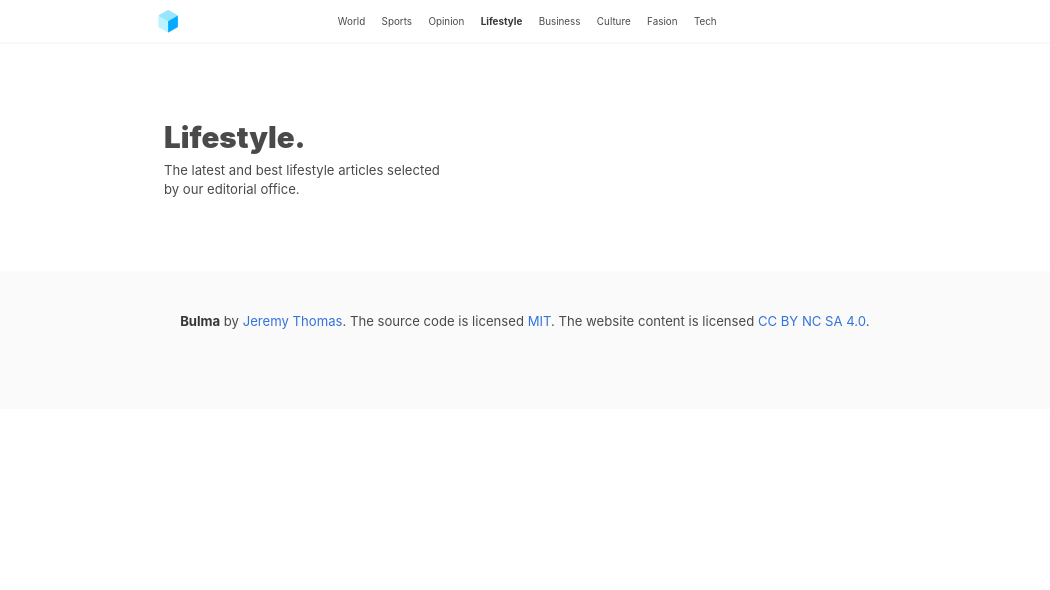
Repository: DOODpls/js_ass1
Page: index.html
These files come from the project's save history. The page is drawn as it stood at one moment and after the next save; the edit follows.
The browser window is 1280 px wide. The pictures show the whole page, at 82% of full size.

Above is the page before, as saved 2019-11-22 19:00:40.

### index.html
<!DOCTYPE html>
<html>
<head>
    <title></title>
    <link rel="stylesheet" href="https://cdnjs.cloudflare.com/ajax/libs/bulma/0.7.5/css/bulma.min.css" integrity="sha256-vK3UTo/8wHbaUn+dTQD0X6dzidqc5l7gczvH+Bnowwk=" crossorigin="anonymous" />
    <link rel="stylesheet" type="text/css" href="./styles.css">
</head>
<body>

    <nav class="navbar">
        <div class="container">
            <div class="logo"></div>
            <ul>
                <li>World</li>
                <li>Sports</li>
                <li>Opinion</li>
                <li><strong>Lifestyle</strong></li>
                <li>Business</li>
                <li>Culture</li>
                <li>Fasion</li>
                <li>Tech</li>
            </ul>
            <span class="icon">
              <i class="ion-ionic" style='color: black; background: black;'></i>
            </span>
        </div>
    </nav>

    <section class="section">
        <div class="container">
            <div style='margin: 40px 10px 40px'>
                <h1>Lifestyle.</h1>
                <p>The latest and best lifestyle articles selected<br/>
                    by our editorial office.
                </p>
            </div>
        </div>
        <div class="container">
            <div class='card-row' id='content'></div>
        </div>
    </section>

    <footer class="footer">
        <div class="content has-text-centered">
            <p>
                <strong>Bulma</strong> by <a href="https://jgthms.com">Jeremy Thomas</a>. The source code is licensed
                <a href="http://opensource.org/licenses/mit-license.php">MIT</a>. The website content
                is licensed <a href="http://creativecommons.org/licenses/by-nc-sa/4.0/">CC BY NC SA 4.0</a>.
            </p>
        </div>
    </footer>

    <script type="text/javascript" src='./app.js'></script>
</body>
</html>

### styles.css
/* - - - - - - - - - - - - - - - - - - - - - - - - - - - - - -
GENERAL
- - - - - - - - - - - - - - - - - - - - - - - - - - - - - - */
h1 {
    font-size: 36px;
    font-weight: 900;
}

.container {
    max-width: 900px;
}

/* - - - - - - - - - - - - - - - - - - - - - - - - - - - - - -
NAV
- - - - - - - - - - - - - - - - - - - - - - - - - - - - - - */
nav {
    border-bottom: 1px solid #ededed;
}

.navbar > .container {
    display: flex;
    align-items: center;
    justify-content: space-between;
}

nav .container ul {
    display: flex;
}

nav .container ul li {
    margin: 0 10px;
    font-size: 12px;
}

.logo {
    background: url('./img/logo.svg');
    background-size: 24px;
    background-position: center;
    background-repeat: no-repeat;

    height: 30px;
    width: 30px;
}

@media (max-width: 600px) {
    nav .container {
        padding: 0 30px;
    }

    nav .container ul {
        display: none;
    }
}

/* TILES */
.card-row {
    display: flex;
    flex-wrap: wrap;
}

.card {
    height: 280px;
    border-radius: 10px;
    background: rgba(23, 35, 50, 1);
    flex: 1 230px;
    margin: 10px;
    padding: 20px;
    position: relative;
    box-shadow: 2px 8px 9px 0px rgba(0, 0, 0, 0.14),
        11px 11px 6px rgba(0, 0, 0, 0.05);
}

.card .buy-button {
    position: absolute;
    bottom: 20px;
    left: 20px;
    background: white;
    color: black;
    border-radius: 4px;
    padding: 8px 20px;
    font-size: 12px;
    font-weight: 700;
}

.card .topic {
    color: white;
    font-weight: 300;
    font-size: 12px;
    text-transform: uppercase;
    margin-bottom: 5px;
}
.card .title {
    color: white;
    font-weight: 700;
    font-size: 22px;
}

### app.js
const green = 'rgba(118,174, 170, 1)'
const black = 'rgba(23,35, 50, 1)'
const brown = 'rgba(205,164, 133, 1)'
const greenblue = 'rgba(62,171, 201, 1)'
const pink = 'rgba(254,156, 161, 1)'
const blue = 'rgba(98,189, 254, 1)'

const data = [
    {
        topic: 'Food',
        title: 'Wake Up and Smell the Coffee',
        price: '$0.90',
        color: green
    },
    {
        topic: 'Architecture',
        title: 'The Brand New NASA Office',
        price: '$0.19',
        color: black
    },
    {
        topic: 'Travel',
        title: 'Experience the Saharan Sands',
        price: '$2.29',
        color: brown
    },
    {
        topic: 'Interior',
        title: '9 Air-Cleaning Plants Your Home Needs',
        price: '$0.09',
        color: greenblue
    },
    {
        topic: 'Food',
        title: 'One Month Sugar Detox',
        price: '$0.99',
        color: pink
    },
    {
        topic: 'Photography',
        title: 'Shooting Minimal Instagram Photos',
        price: '$0.29',
        color: blue
    }
]

// Instructions
// Take the data above and display it as tiles on the page
        //tried to do sort, but i suck
        // const button1 = document.querySelector('body section .container')
        // const btn1 = document.createElement('button')
        // btn1.className= 'buy-button'
        // btn1.id = "butt1"
        // button1.appendChild(btn1)

        // function sort1(){
        //     data.sort((a, b) => (a.topic > b.topic) ? 1 : -1)
        // }

        // const button2 = document.querySelector('#butt1')
        // button2.addEventListener('click', function(event) {
        //     sort1()
        // })

    // for(i=0; i<data.length; i++){
    //     let heig
    //     if(i % 2 == 0){
    //         heig = '500px'
    //     }

    //     const tilers = document.querySelector('#content')
    //     const divr = document.createElement('div')
    //     divr.className= 'card'
    //     divr.style.backgroundColor = data[i].color
    //     divr.style.flex = heig
    //     divr.id = 'divtile'+ i
    //     tilers.appendChild(divr)

    //     const p1 = document.querySelector('#divtile'+i)
    //     const pr1 = document.createElement('p')
    //     pr1.textContent = data[i].topic
    //     pr1.className= 'topic'
    //     p1.appendChild(pr1)

    //     const p2 = document.querySelector('#divtile'+i)
    //     const pr2 = document.createElement('p')
    //     pr2.textContent = data[i].title
    //     pr2.className= 'title'
    //     p2.appendChild(pr2)

    //     const btn1 = document.querySelector('#divtile'+i)
    //     const btr2 = document.createElement('button')
    //     btr2.textContent = data[i].price
    //     btr2.className= 'buy-button'
    //     btn1.appendChild(btr2)
    // }

    // data.forEach(function(item)
    // {
    //     const tilers = document.querySelector('#content')
    //     const divr = document.createElement('div')
    //     divr.className = 'card'
    //     divr.style.backgroundColor = item.color
    //     tilers.appendChild(divr)

    //     const pr1 = document.createElement('p')
    //     pr1.textContent = item.topic
    //     pr1.className= 'topic'
    //     divr.appendChild(pr1)

    //     const pr2 = document.createElement('p')
    //     pr2.textContent = item.title
    //     pr2.className= 'title'
    //     divr.appendChild(pr2)

    //     const btr2 = document.createElement('button')
    //     btr2.textContent = item.price
    //     btr2.className= 'buy-button'
    //     divr.appendChild(btr2)
    // })


    //this one also works lolllll
    // data.forEach(function(items)
    // {
    // //   document.getElementById('content').innerHTML += '<div class="card" style="background-color:'+items.color+'"><p class="topic">'+items.topic+'</p><p class="title">'+items.title+'</p><button class="buy-button">'+items.price+'</button></div>';
    // })

After the next save:
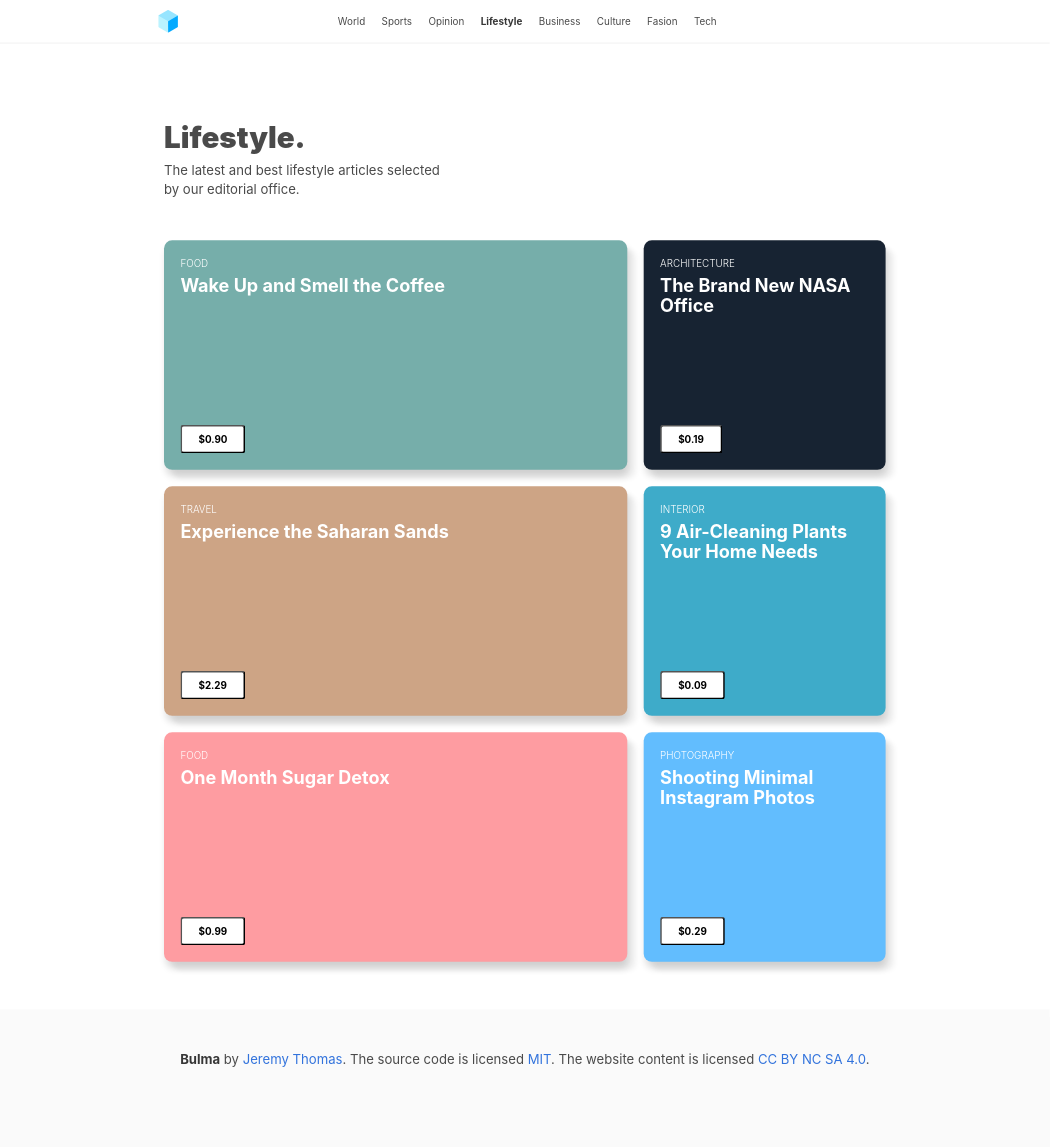
Saved 8 s later.
--- a/app.js
+++ b/app.js
@@ -62,38 +62,38 @@ const data = [
         //     sort1()
         // })
 
-    // for(i=0; i<data.length; i++){
-    //     let heig
-    //     if(i % 2 == 0){
-    //         heig = '500px'
-    //     }
+    for(i=0; i<data.length; i++){
+        let heig
+        if(i % 2 == 0){
+            heig = '500px'
+        }
 
-    //     const tilers = document.querySelector('#content')
-    //     const divr = document.createElement('div')
-    //     divr.className= 'card'
-    //     divr.style.backgroundColor = data[i].color
-    //     divr.style.flex = heig
-    //     divr.id = 'divtile'+ i
-    //     tilers.appendChild(divr)
+        const tilers = document.querySelector('#content')
+        const divr = document.createElement('div')
+        divr.className= 'card'
+        divr.style.backgroundColor = data[i].color
+        divr.style.flex = heig
+        divr.id = 'divtile'+ i
+        tilers.appendChild(divr)
 
-    //     const p1 = document.querySelector('#divtile'+i)
-    //     const pr1 = document.createElement('p')
-    //     pr1.textContent = data[i].topic
-    //     pr1.className= 'topic'
-    //     p1.appendChild(pr1)
+        const p1 = document.querySelector('#divtile'+i)
+        const pr1 = document.createElement('p')
+        pr1.textContent = data[i].topic
+        pr1.className= 'topic'
+        p1.appendChild(pr1)
 
-    //     const p2 = document.querySelector('#divtile'+i)
-    //     const pr2 = document.createElement('p')
-    //     pr2.textContent = data[i].title
-    //     pr2.className= 'title'
-    //     p2.appendChild(pr2)
+        const p2 = document.querySelector('#divtile'+i)
+        const pr2 = document.createElement('p')
+        pr2.textContent = data[i].title
+        pr2.className= 'title'
+        p2.appendChild(pr2)
 
-    //     const btn1 = document.querySelector('#divtile'+i)
-    //     const btr2 = document.createElement('button')
-    //     btr2.textContent = data[i].price
-    //     btr2.className= 'buy-button'
-    //     btn1.appendChild(btr2)
-    // }
+        const btn1 = document.querySelector('#divtile'+i)
+        const btr2 = document.createElement('button')
+        btr2.textContent = data[i].price
+        btr2.className= 'buy-button'
+        btn1.appendChild(btr2)
+    }
 
     // data.forEach(function(item)
     // {
